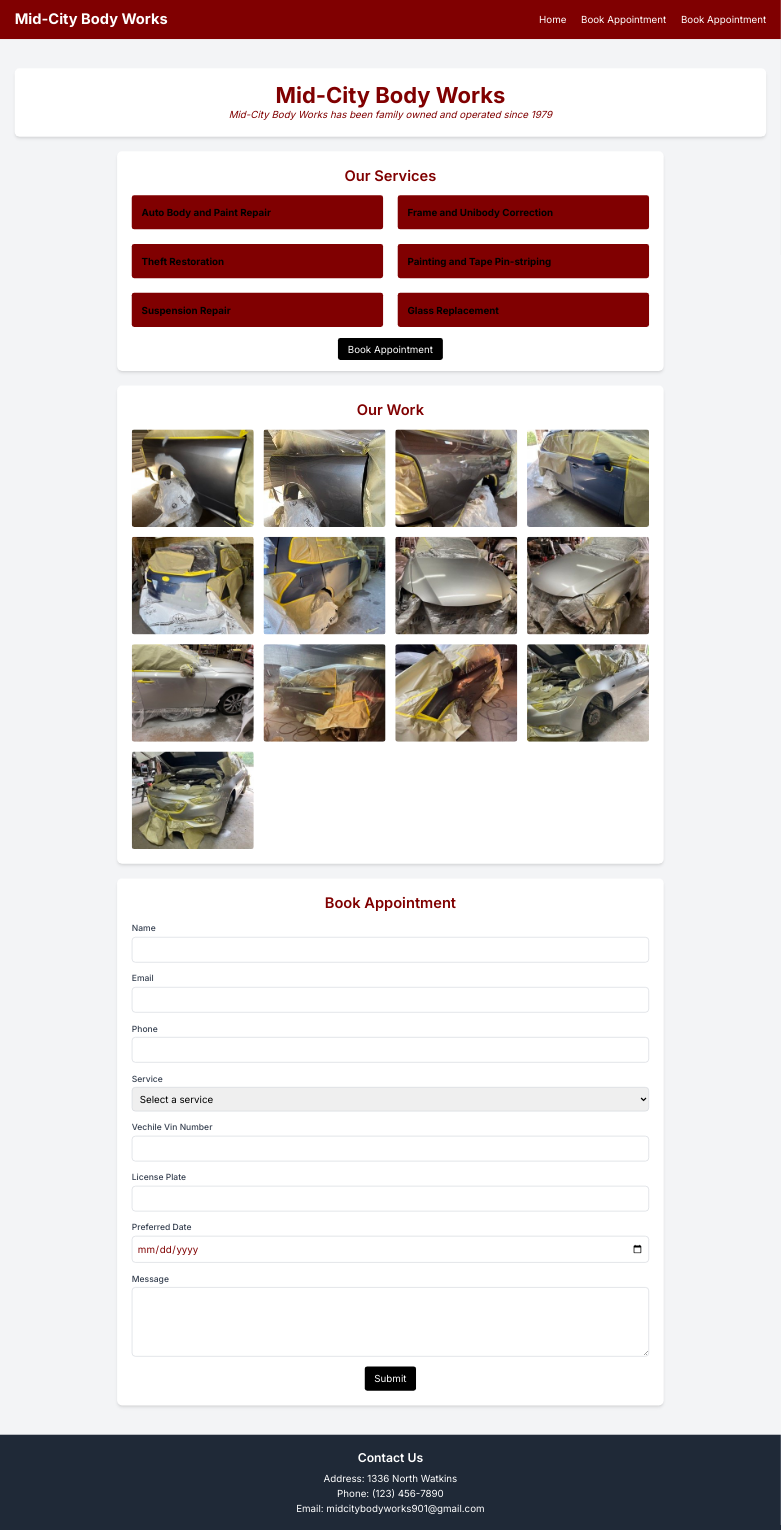
Repository: kayacancode/midcitybodyworks
Page: /
The author's editor kept a copy of each file at every save. The page is drawn from the files as they stood at one save, then again after the next save.
The browser window is 1280 px wide. The pictures show the whole page, at 61% of full size.
The project was rebuilt for these pictures with package versions that can differ from the ones it lists, and the page was loaded fresh each time. The framework's server and built-in components were replaced by stand-ins that run in the browser. Also part of the build but not shown: next.config.mjs.

Above is the page before, as saved 2024-06-29 13:49:31.

After the next save:
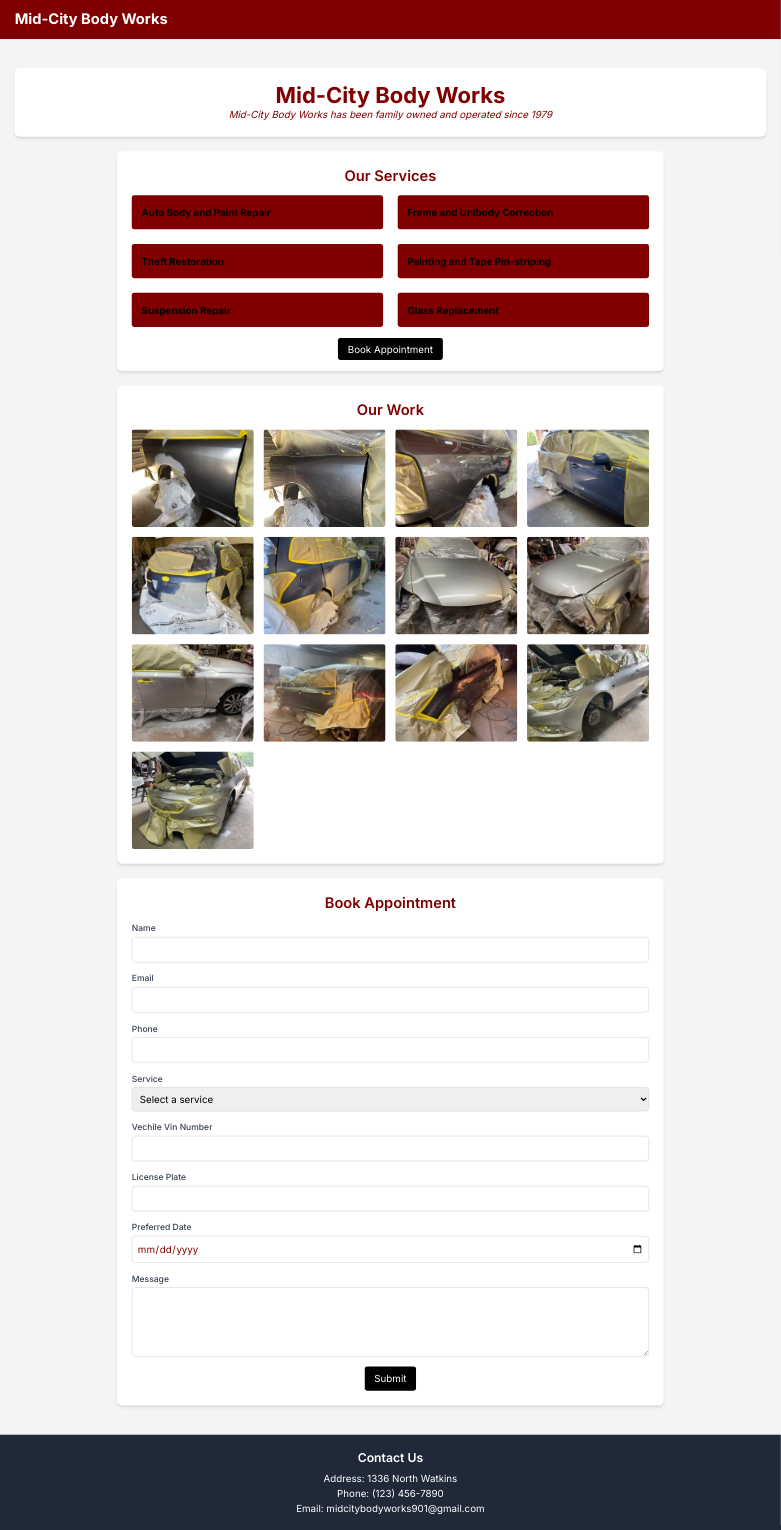
Saved 2 min 4 s later.
--- a/src/app/page.js
+++ b/src/app/page.js
@@ -50,11 +50,11 @@ export default function Home() {
       <header className="bg-[#800001] text-white w-full py-4 flex justify-between items-center px-6">
         <div className="text-2xl font-bold">Mid-City Body Works</div>
         <nav>
-          <ul className="flex space-x-6">
+          {/* <ul className="flex space-x-6">
             <li><a href="#home" className="hover:underline">Home</a></li>
             <li><a href="#services" className="hover:underline">Book Appointment</a></li>
             <li><a href="#appointment" className="hover:underline">Book Appointment</a></li>
-          </ul>
+          </ul> */}
         </nav>
       </header>
 
